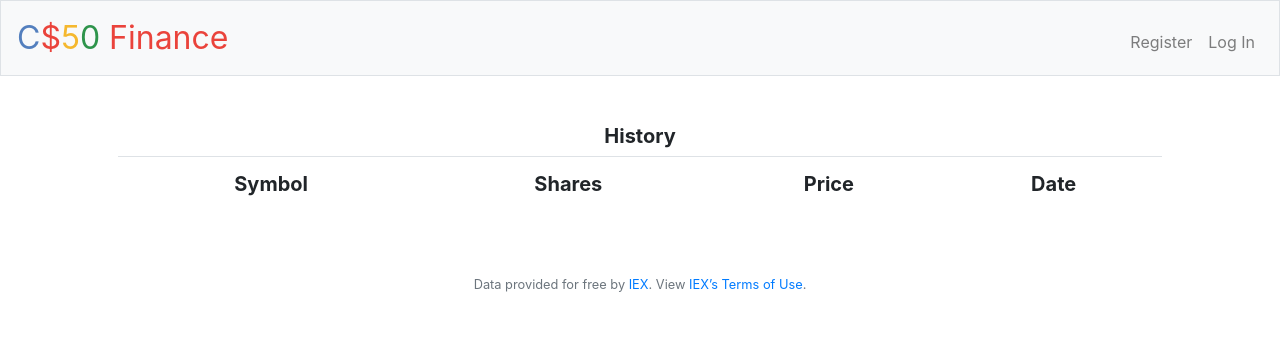
Repository: Mackeyrw/gitTest-CS50
Page: pset8/finance/templates/history.html
The author's editor kept a record of every edit. The page is drawn from the files as they stood at one moment, then again after the next edit.
The browser window is 1280 px wide. The pictures show the whole page.
The template is drawn by Flask 3. The application's start-up code is not run. Other server files are loaded and not shown. The template is opened directly, without the code that normally fills it, so the values that code supplies are empty.

Above is the page before.

### pset8/finance/templates/history.html
{% extends "layout.html" %}

{% block title %}
    History
{% endblock %}

{% block main %}
        <h1 class=header> History </h1>
        <table class=table>
            <tr class=header>
                <td>Symbol</td><td>Shares</td><td>Price</td><td>Date</td>
            </tr>
            {% for row in rows %}
            <tr>

                <td>{{ row["symbol"] }}</td><td>{{ row["shares"] }}</td><td>{{ row["price"] }}</td><td>{{ row["date"] }}</td>

            </tr>
             {% endfor %}


        </table>

{% endblock %}

### pset8/finance/templates/layout.html
<!DOCTYPE html>

<html lang="en">

    <head>

        <!-- Required meta tags -->
        <meta charset="utf-8">
        <meta name="viewport" content="width=device-width, initial-scale=1, shrink-to-fit=no">

        <!-- documentation at http://getbootstrap.com/docs/4.1/, alternative themes at https://bootswatch.com/ -->
        <link href="https://maxcdn.bootstrapcdn.com/bootstrap/4.1.3/css/bootstrap.min.css" rel="stylesheet">

        <!-- https://favicon.io/emoji-favicons/money-mouth-face/ -->
        <link href="/static/favicon.ico" rel="icon">

        <link href="/static/styles.css" rel="stylesheet">

        <script src="https://code.jquery.com/jquery-3.3.1.min.js"></script>
        <script src="https://cdnjs.cloudflare.com/ajax/libs/popper.js/1.14.3/umd/popper.min.js"></script>
        <script src="https://maxcdn.bootstrapcdn.com/bootstrap/4.1.3/js/bootstrap.min.js"></script>

        <title>C$50 Finance: {% block title %}{% endblock %}</title>

    </head>

    <body>

        <nav class="navbar navbar-expand-md navbar-light bg-light border">
            <a class="navbar-brand" href="/"><span class="blue">C</span><span class="red">$</span><span class="yellow">5</span><span class="green">0</span> <span class="red">Finance</span></a>
            <button aria-controls="navbar" aria-expanded="false" aria-label="Toggle navigation" class="navbar-toggler" data-target="#navbar" data-toggle="collapse" type="button">
                <span class="navbar-toggler-icon"></span>
            </button>
            <div class="collapse navbar-collapse" id="navbar">
                {% if session.user_id %}
                    <ul class="navbar-nav mr-auto mt-2">
                        <li class="nav-item"><a class="nav-link" href="/quote">Quote</a></li>
                        <li class="nav-item"><a class="nav-link" href="/buy">Buy</a></li>
                        <li class="nav-item"><a class="nav-link" href="/sell">Sell</a></li>
                        <li class="nav-item"><a class="nav-link" href="/history">History</a></li>
                        <li class="nav-item"><a class="nav-link" href="/add">Add Cash</a></li>
                    </ul>
                    <ul class="navbar-nav ml-auto mt-2">
                        <li class="nav-item"><a class="nav-link" href="/logout">Log Out</a></li>
                    </ul>
                {% else %}
                    <ul class="navbar-nav ml-auto mt-2">
                        <li class="nav-item"><a class="nav-link" href="/register">Register</a></li>
                        <li class="nav-item"><a class="nav-link" href="/login">Log In</a></li>
                    </ul>
                {% endif %}
            </div>
        </nav>

        {% if get_flashed_messages() %}
            <header>
                <div class="alert alert-primary border text-center" role="alert">
                    {{ get_flashed_messages() | join(" ") }}
                </div>
            </header>
        {% endif %}

        <main class="container p-5">
            {% block main %}{% endblock %}
        </main>

        <footer class="small text-center text-muted">
            Data provided for free by <a href="https://iextrading.com/developer">IEX</a>. View <a href="https://iextrading.com/api-exhibit-a/">IEX’s Terms of Use</a>.
        </footer>

    </body>

</html>

### pset8/finance/static/styles.css
nav .navbar-brand
{
    /* size for brand */
    font-size: xx-large;
}

/* colors for brand */
nav .navbar-brand .blue
{
    color: #537fbe;
}
nav .navbar-brand .red
{
    color: #ea433b;
}
nav .navbar-brand .yellow
{
    color: #f5b82e;
}
nav .navbar-brand .green
{
    color: #2e944b;
}

main .form-control
{
    /* center form controls */
    display: inline-block;

    /* override Bootstrap's 100% width for form controls */
    width: auto;
}

main
{
    /* scroll horizontally as needed */
    overflow-x: auto;

    /* center contents */
    text-align: center;
}

main img
{
    /* constrain images on small screens */
    max-width: 100%;
}

.quoted
{
    font-size: 30px;
    color: darkblue;
    font-weight: bold;
}

.table table tr td
{
    border: solid;
    text-align: center;
}

.header
{
    font-size: 20px;
    font-weight: bold;
}

After the next edit:
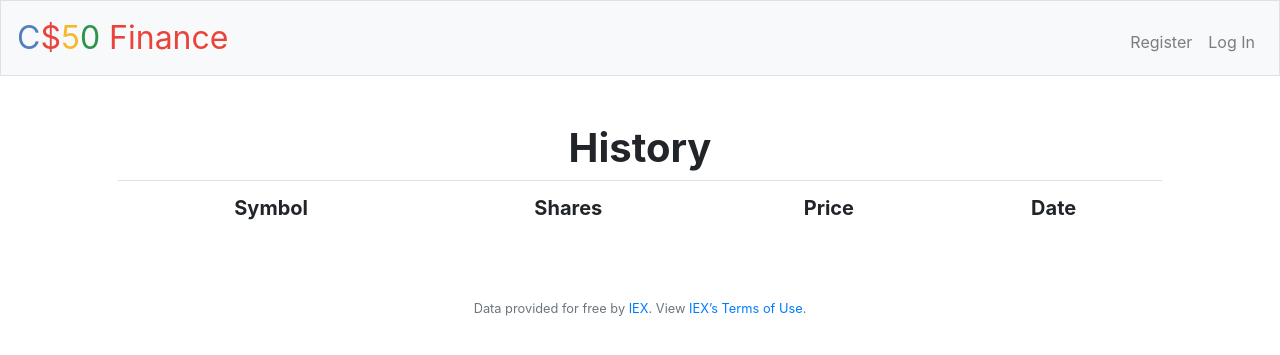
The edit:
--- a/pset8/finance/templates/history.html
+++ b/pset8/finance/templates/history.html
@@ -5,7 +5,7 @@
 {% endblock %}
 
 {% block main %}
-        <h1 class=header> History </h1>
+        <h1> <b>History</b> </h1>
         <table class=table>
             <tr class=header>
                 <td>Symbol</td><td>Shares</td><td>Price</td><td>Date</td>
